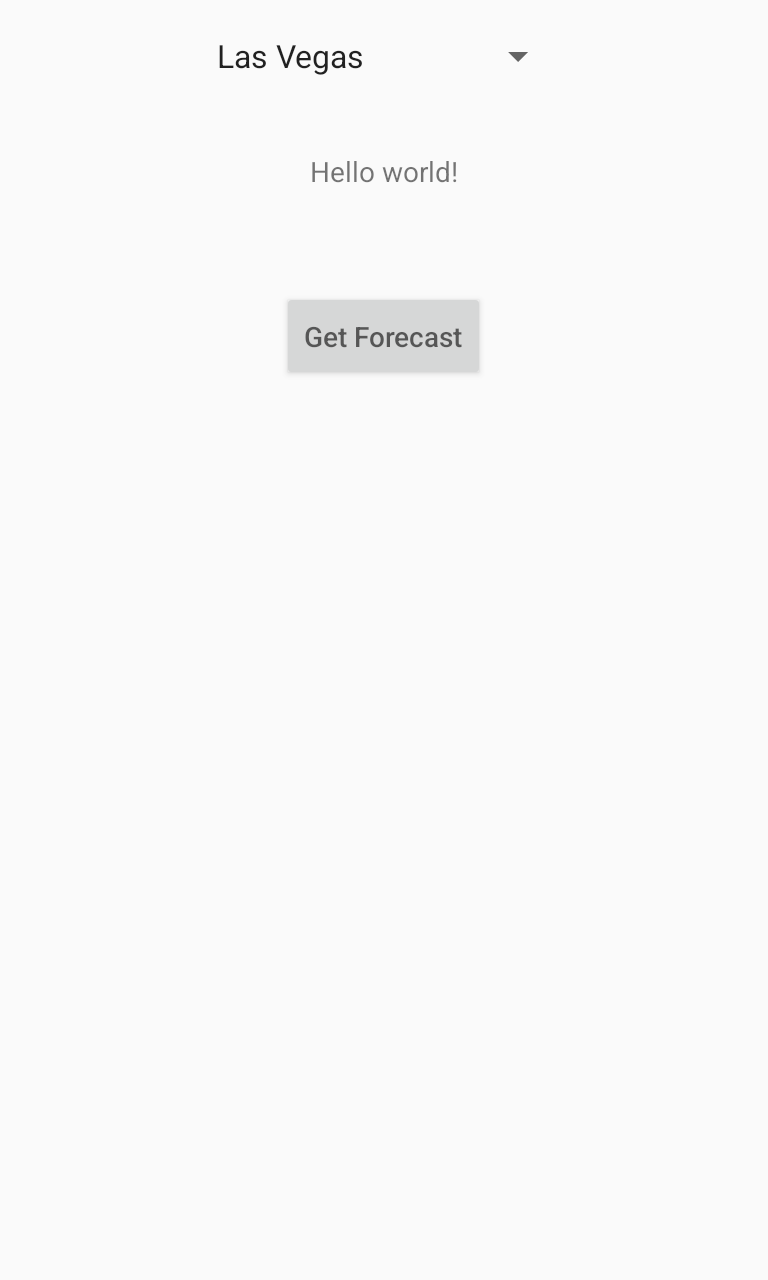
Repository: g80349/Java1
Layout: Week2/Weather/res/layout/activity_main.xml
The author's editor kept a copy of each file at every save. The layout is drawn from the files as they stood at one save, then again after the next save.
It is drawn on a 768 x 1280 px phone screen (xhdpi) without system bars, with theme AppTheme; the app's code is not run.

Above is the layout before, as saved 2014-04-09 02:11:26.

After the next save:
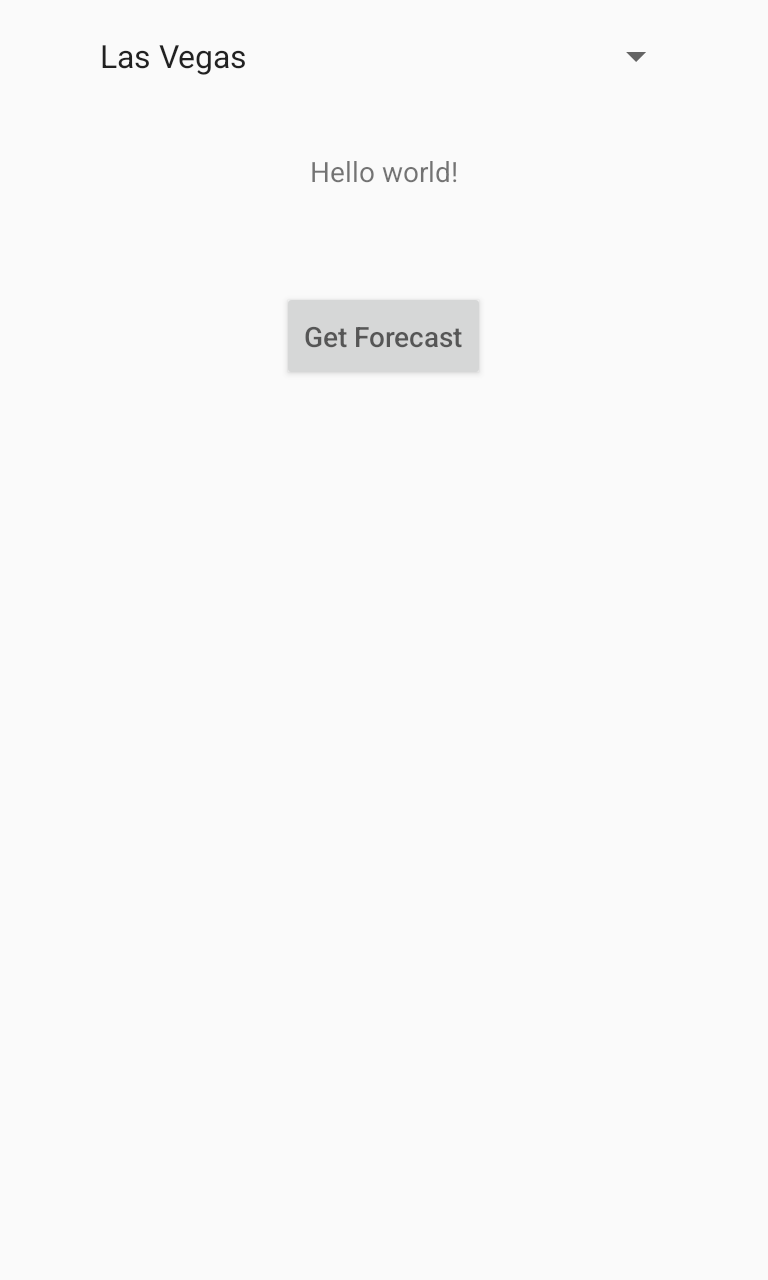
Saved 67 s later.
--- a/Week2/Weather/res/layout/activity_main.xml
+++ b/Week2/Weather/res/layout/activity_main.xml
@@ -10,11 +10,10 @@
 
     <Spinner
         android:id="@+id/location_array"
-        android:layout_width="wrap_content"
+        android:layout_width="300"
         android:layout_height="wrap_content"
         android:layout_alignParentTop="true"
         android:layout_centerHorizontal="true"
-        android:textSize = "30sp"
         android:entries = "@array/location_array" />
 
     <TextView
